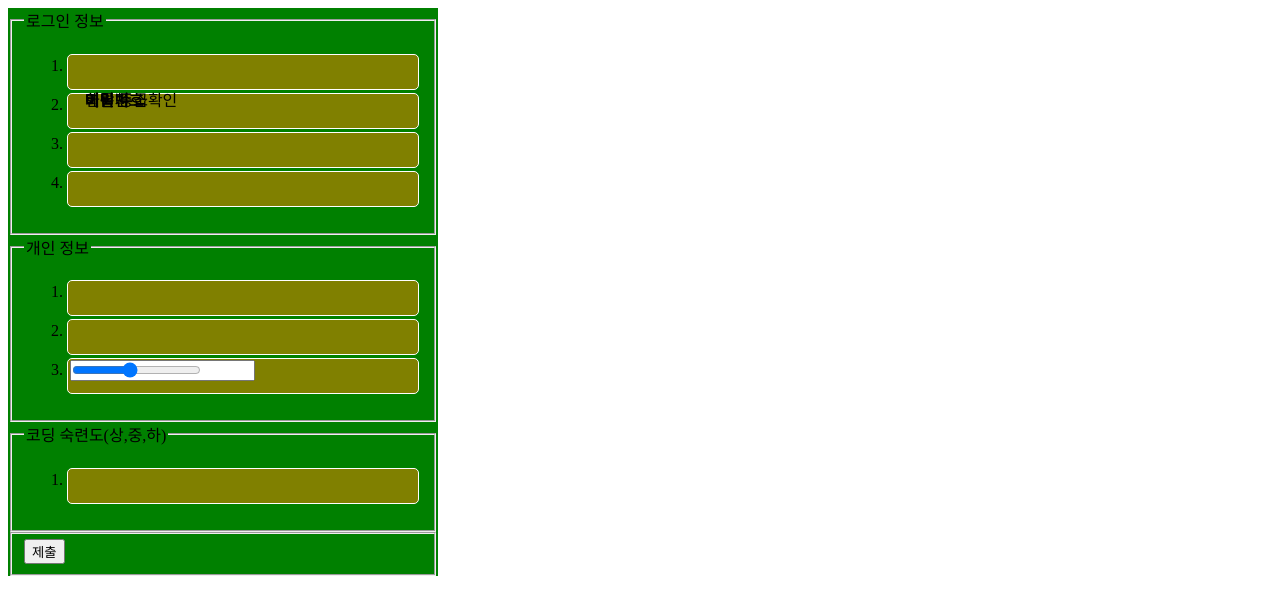
Repository: giwon8701/Qclass_KH
Page: Workspace_Java/testWebProject/test.html
The author's editor kept a copy of each file at every save. The page is drawn from the files as they stood at one save, then again after the next save.
The browser window is 1280 px wide. The pictures show the whole page.

Above is the page before, as saved 2021-01-11 02:32:25.

### Workspace_Java/testWebProject/test.html
<head>
</head><!doctype html>
<html lang="ko">
<head>
<meta charset="UTF-8">
<link href="test_css.css" rel="stylesheet" type="text/css">
</head>

<body>
<form class="navi">
	<fieldset>
		<legend>로그인 정보</legend>
		<ol>
			<li>
				<label>아이디</label>
				<input type="text" id="id">
			</li>

			<li>
				<label>비밀번호</label>
				<input type="text" id="pw">
			</li>

			<li>
				<label>비밀번호 확인</label>
				<input type="text" id="pw_confirm">
			</li>

			<li>
				<label>회원 등급</label>
				<input type="text" id="grade" value="준회원">
			</li>
		</ol>
	</fieldset>

	<fieldset>
		<legend>개인 정보</legend>
		<ol>
			<li>
				<label>이름</label>
				<input type="text" id="name">
			</li>

			<li>
				<label>메일 주소</label>
				<input type="text" id="email">
			</li>

			<li>
				<label>연락처</label>
				<input type="text" id="phone_number">
			</li>
		</ol>
	</fieldset>

	<fieldset>
		<legend>코딩 숙련도(상,중,하)</legend>
		<ol>
			<li>
				<input type="range" id="coding_level" min="1" max="10" step="2">
			</li>
		</ol>
	</fieldset>

	<fieldset>
		<input type="submit" value="제출">
	</fieldset>
</form>
</body>
</html>

### Workspace_Java/testWebProject/test_css.css
.navi {
	background: green;
	width: 430px;
}
.navi ol li {
	border-style: solid;
	border-width: thin;
	border-color: white;
	border-radius: 5px;
	height: 30px;
	margin: 3px;
	padding: 2px;
	background: olive;
}
.navi ol li label {
	position: absolute;
	width: 100px;
	padding: 15px;
	top:10%;
}
.navi ol li input {
	position: absolute;
	float: right;
	margin-right: 20px;
	top:50%;
}

After the next save:
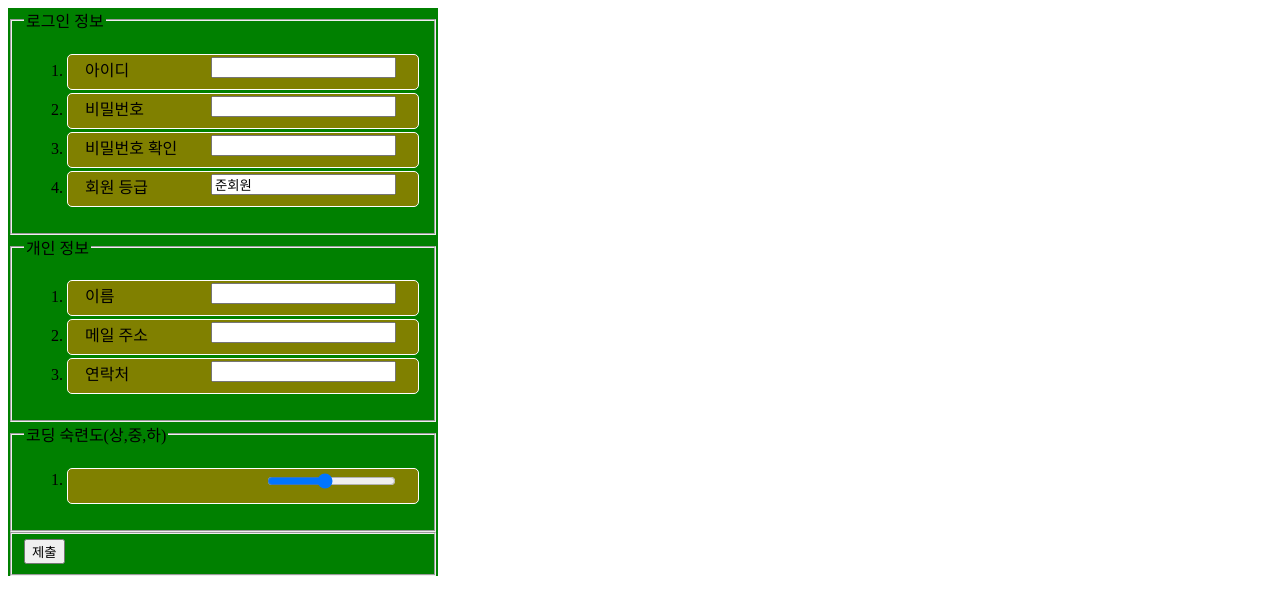
Saved 4 s later.
--- a/Workspace_Java/testWebProject/test_css.css
+++ b/Workspace_Java/testWebProject/test_css.css
@@ -13,13 +13,11 @@
 	background: olive;
 }
 .navi ol li label {
-	position: absolute;
 	width: 100px;
 	padding: 15px;
 	top:10%;
 }
 .navi ol li input {
-	position: absolute;
 	float: right;
 	margin-right: 20px;
 	top:50%;
